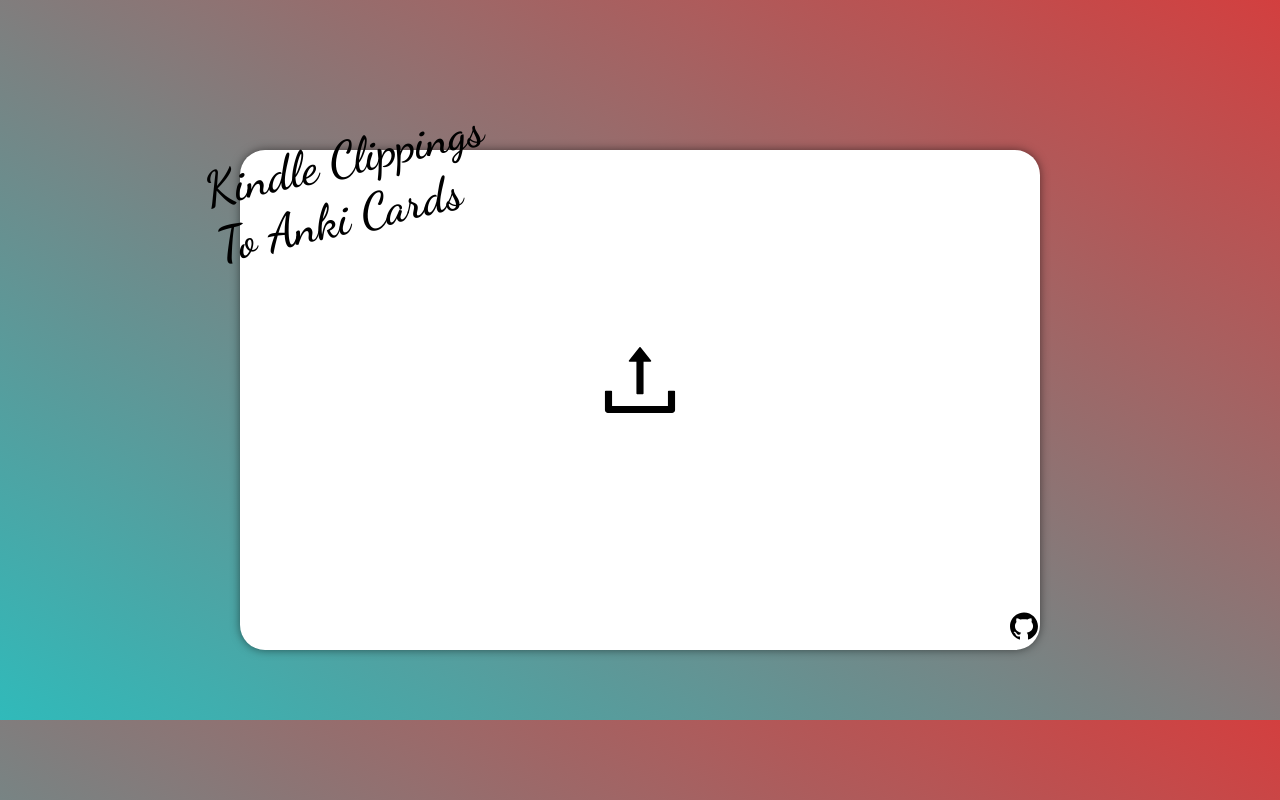
Repository: Lewisjohnward/kindle-clippings-to-cards
Page: /
These files come from the project's save history. The page is drawn as it stood at one moment and after the next save; the edit follows.
The browser window is 1280 px wide. The pictures show the whole page.
Backgrounds fixed to the window are drawn as part of the page. The project was rebuilt for these pictures with package versions that can differ from the ones it lists, and the page was loaded fresh each time.

Above is the page before, as saved 2021-10-29 13:07:30.

### public/index.html
<!DOCTYPE html>
<html lang="en">
  <head>
    <meta charset="utf-8" />
    <link rel="icon" href="%PUBLIC_URL%/favicon.ico" />
    <meta name="viewport" content="width=device-width, initial-scale=1" />
    <meta name="theme-color" content="#000000" />
    <meta
      name="description"
      content="Web site created using create-react-app"
    />
    <link rel="apple-touch-icon" href="%PUBLIC_URL%/logo192.png" />
    <!--
      manifest.json provides metadata used when your web app is installed on a
      user's mobile device or desktop. See https://developers.google.com/web/fundamentals/web-app-manifest/
    -->
    <link rel="manifest" href="%PUBLIC_URL%/manifest.json" />
    <link rel="preconnect" href="https://fonts.googleapis.com">
<link rel="preconnect" href="https://fonts.gstatic.com" crossorigin>
<link href="https://fonts.googleapis.com/css2?family=Dancing+Script:wght@600&display=swap" rel="stylesheet">
    <!--
      Notice the use of %PUBLIC_URL% in the tags above.
      It will be replaced with the URL of the `public` folder during the build.
      Only files inside the `public` folder can be referenced from the HTML.

      Unlike "/favicon.ico" or "favicon.ico", "%PUBLIC_URL%/favicon.ico" will
      work correctly both with client-side routing and a non-root public URL.
      Learn how to configure a non-root public URL by running `npm run build`.
    -->
    <title>React App</title>
  </head>
  <body>
    <noscript>You need to enable JavaScript to run this app.</noscript>
    <div id="root"></div>
    <!--
      This HTML file is a template.
      If you open it directly in the browser, you will see an empty page.

      You can add webfonts, meta tags, or analytics to this file.
      The build step will place the bundled scripts into the <body> tag.

      To begin the development, run `npm start` or `yarn start`.
      To create a production bundle, use `npm run build` or `yarn build`.
    -->
  </body>
</html>

### src/index.js
import React from "react"
import ReactDOM from "react-dom"
import App from "./App"
ReactDOM.render(<App />, document.getElementById('root'))

### src/App.js
import { useRef } from "react";
import styled, { createGlobalStyle } from "styled-components";
import { AiOutlineUpload, AiFillGithub } from "react-icons/ai";

const GlobalStyle = createGlobalStyle`
    body{
        height: 100%;
        margin: 0;
        padding: 0;
        background-repeat: no-repeat;
        background-attachment: fixed;
        background-image: linear-gradient(
            30deg,
            rgb(48, 186, 186),
            rgb(211, 63, 63)
        );


    }
`;

const Frame = styled.div`
  display: flex;
  align-items: center;
  justify-content: center;
  height: 800px;
`;

const MainContainer = styled.div`
  position: relative;
  width: 800px;
  height: 500px;
  border-radius: 25px;
  background: white;
  box-shadow: 0px 0px 10px 0px rgba(0, 0, 0, 0.5);
`;
const TitleContainer = styled.div`
  position: absolute;
  top: -4%;
  left:  -4%;
  transform: rotate(-13deg);
  font-family: "Dancing Script", cursive;
  font-size: 3rem;
`;
const Title = styled.p`
  margin: 0;
  padding: 0;
`;

const CenterContainer = styled.div`
  display: flex;
  justify-content: center;
  align-items: center;
  height: 92%;
`;

const UploadIcon = styled(AiOutlineUpload)`
  font-size: 6em;
  color: black;
  cursor: pointer;

  &:hover {
    transform: scale(1.05);
    text-shadow: 0px 0px 10px rgba(0, 0, 0, 0.2);
  }
`;

const ExternalLinkContainer = styled.div`
  text-align: right;
`;

const GithubIcon = styled(AiFillGithub)`
  font-size: 2em;
  color: black;
  cursor: pointer;

  &:hover {
    transform: scale(1.05);
    text-shadow: 0px 0px 10px rgba(0, 0, 0, 0.2);
  }
`;

const Input = styled.input.attrs({
  type: "file",
})`
  display: none;
`;

const App = () => {
  const inputFile = useRef(null);

  const onButtonClick = () => {
    // `current` points to the mounted file input element
    inputFile.current.click();
  };

  return (
    <>
      <GlobalStyle />
      <Frame>
        <MainContainer>
          <TitleContainer>
            <Title>Kindle Clippings</Title>
            <Title>To Anki Cards</Title>
          </TitleContainer>
          <CenterContainer>
            <UploadIcon onClick={onButtonClick} />
            <Input ref={inputFile} />
          </CenterContainer>
          <ExternalLinkContainer>
            <GithubIcon />
          </ExternalLinkContainer>
        </MainContainer>
      </Frame>
    </>
  );
};

export default App;

After the next save:
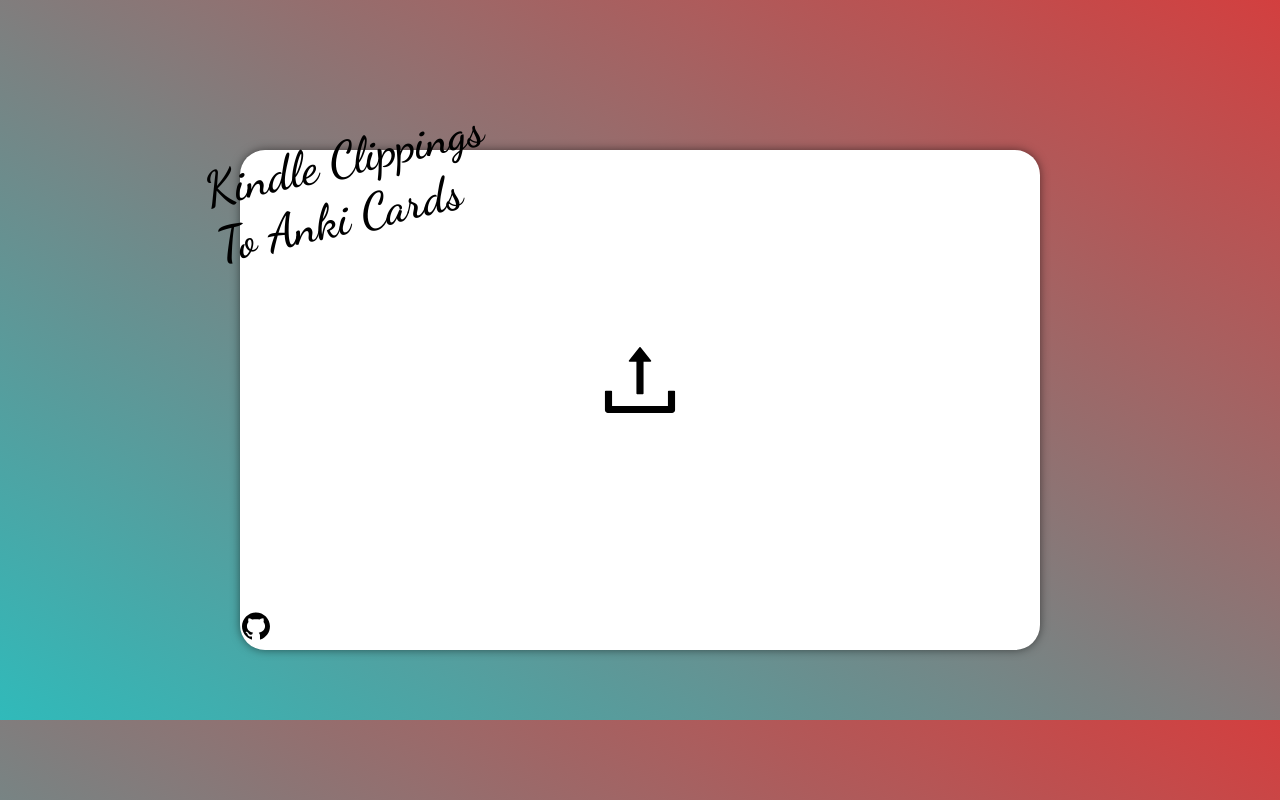
Saved 11 s later.
--- a/src/App.js
+++ b/src/App.js
@@ -66,7 +66,7 @@
 `;
 
 const ExternalLinkContainer = styled.div`
-  text-align: right;
+  position: absolute;
 `;
 
 const GithubIcon = styled(AiFillGithub)`

After the save that followed:
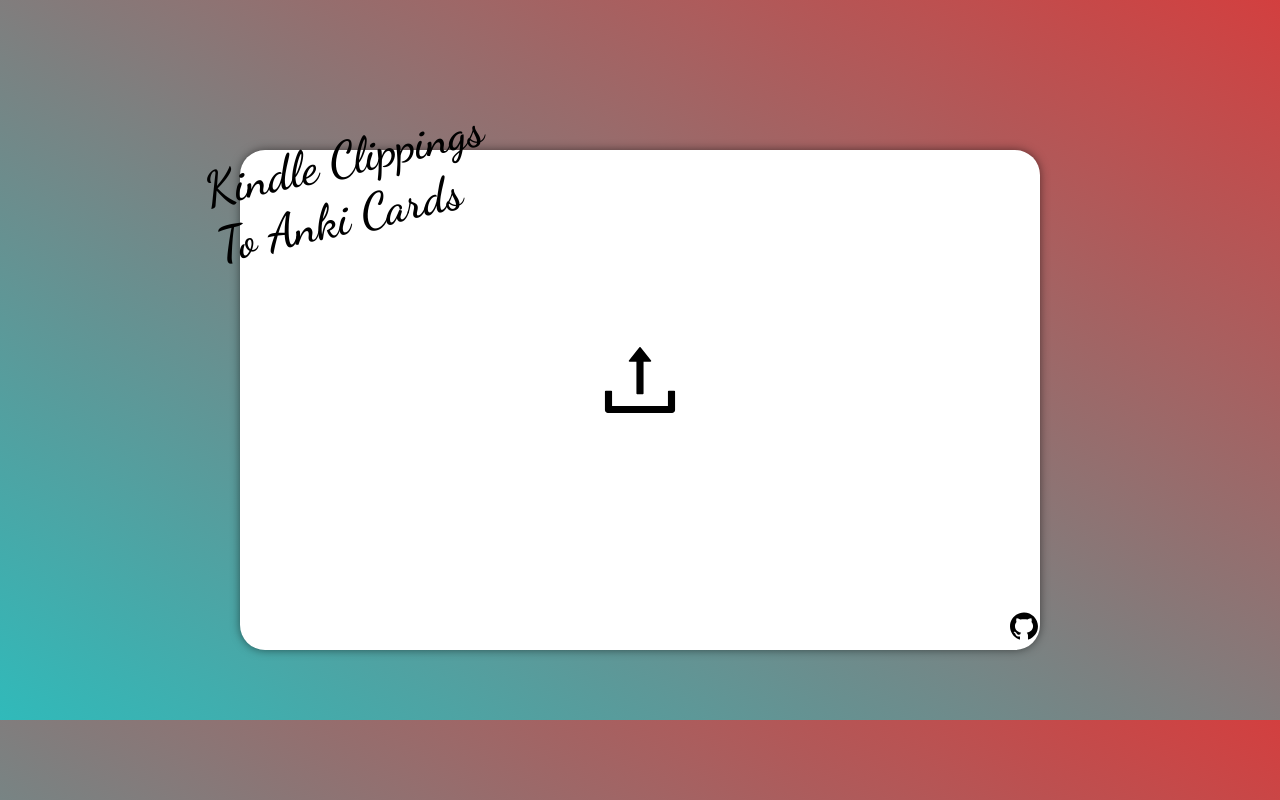
Saved 8 s later.
--- a/src/App.js
+++ b/src/App.js
@@ -67,6 +67,7 @@
 
 const ExternalLinkContainer = styled.div`
   position: absolute;
+  right: 0;
 `;
 
 const GithubIcon = styled(AiFillGithub)`
